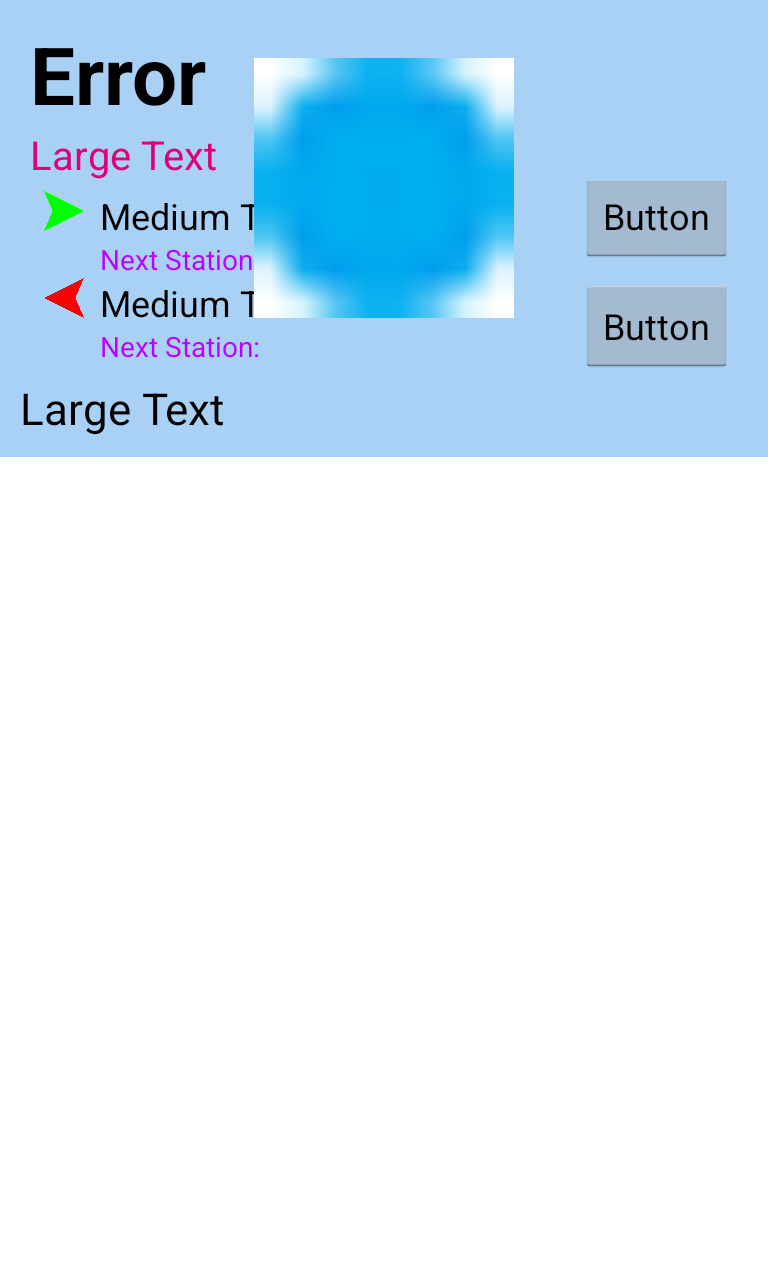
Repository: patheon17/myrepo2
Layout: workspace/UMBusTracking/res/layout/single_list_item_view.xml
An editor plug-in stored every save of this project. The layout is shown before and after the next save, followed by the edit.
It is drawn on a 768 x 1280 px phone screen (xhdpi) without system bars, with theme AppTheme; the app's code is not run.

Above is the layout before, as saved 2013-10-03 18:40:50.

After the next save:
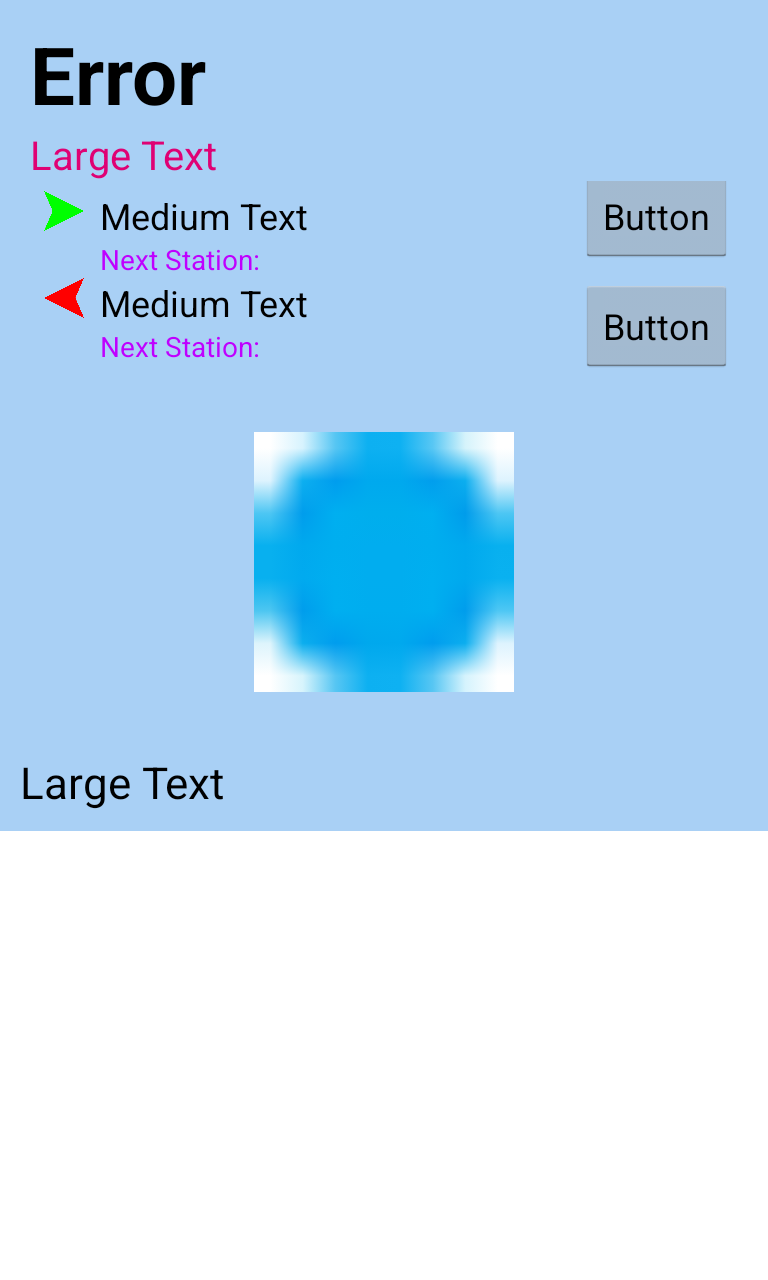
Saved 27 s later.
--- a/workspace/UMBusTracking/res/layout/single_list_item_view.xml
+++ b/workspace/UMBusTracking/res/layout/single_list_item_view.xml
@@ -126,7 +126,7 @@
         android:layout_width="match_parent"
         android:layout_height="150dp"
         android:layout_alignParentLeft="true"
-        android:layout_below="@+id/nextstation1"
+        android:layout_below="@+id/div1"
         android:layout_marginTop="19dp"
         android:padding="10sp"
         android:src="@drawable/stops" />
